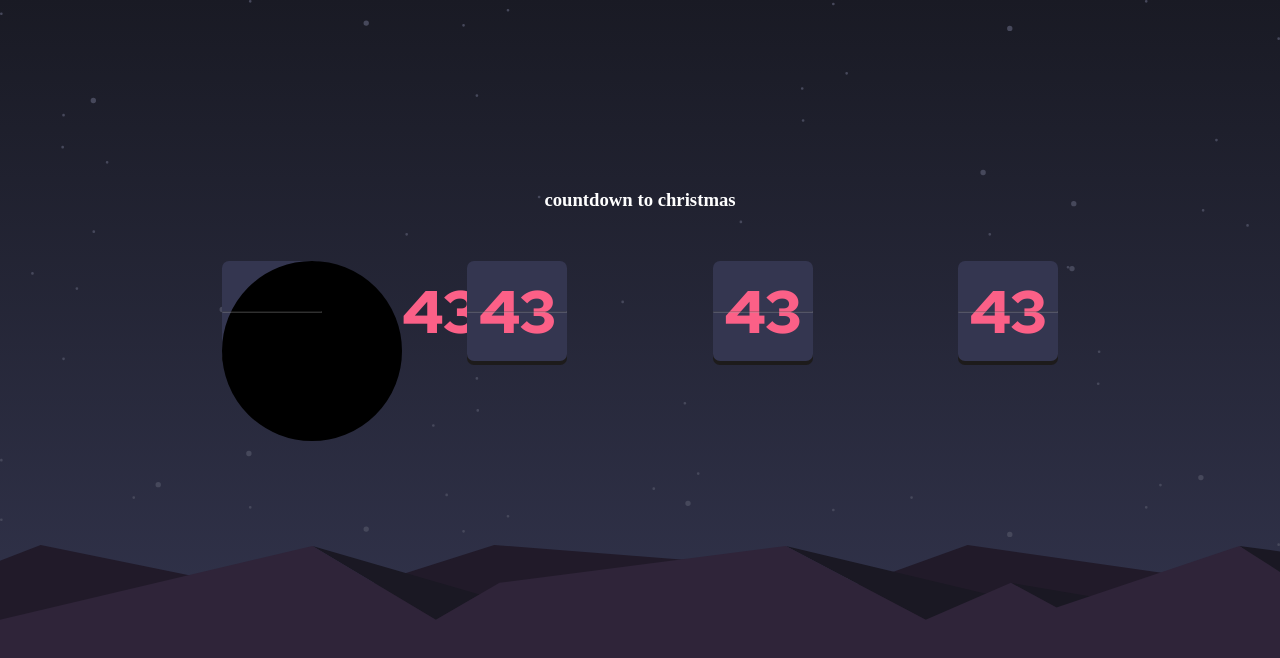
Repository: Eugene44-hub/countdown
Page: index.html
An editor plug-in stored every save of this project. The page is shown before and after the next save, followed by the edit.
The browser window is 1280 px wide. The pictures show the whole page.

Above is the page before, as saved 2021-09-12 03:44:13.

### index.html
<!DOCTYPE html>
<html lang="en">

<head>
    <meta charset="UTF-8">
    <meta http-equiv="X-UA-Compatible" content="IE=edge">
    <meta name="viewport" content="width=device-width, initial-scale=1.0">
    <title>Document</title>
    <link rel="stylesheet" href="style.css">
</head>

<body>
    <div class="container">


        <div class="timer ">
            <h3 class="col10">countdown to christmas</h3>
            <div class="card">
                <div class="circle">f</div>
                <p>43</p>
                <hr> </div>
            <div class="card">
                <p>43</p>
                <hr>
            </div>
            <div class="card">
                <p>43</p>
                <hr>
            </div>
            <div class="card">
                <p>43</p>
                <hr>
            </div>

        </div>

    </div>
    <script src="app.js"></script>

</body>

</html>

</html>

### style.css
@import url('https://fonts.googleapis.com/css2?family=Red+Hat+Text:wght@700&display=swap');
* {
    padding: 0;
    margin: 0;
    box-sizing: border-box;
}

body {
    /* background-color: hsl(235, 16%, 14%); */
    /* background-color: hsl(234, 17%, 12%); */
    background-image: url('images/pattern-hills.svg'), url('images/bg-stars.svg'), linear-gradient( hsl(235, 18%, 12%), hsl(236, 21%, 26%));
    background-position: bottom, top;
    background-repeat: no-repeat, repeat;
    background-size: contain;
    background-attachment: fixed;
}

.container {
    display: flex;
    width: 100%;
    height: 500px;
    flex-wrap: wrap;
    text-align: center;
}

.col10 {
    flex: 100%;
    margin: auto;
}

h3 {
    color: white;
    padding: 50px;
    font-family: 'Red Text Hat';
}

.timer {
    margin: auto;
    display: flex;
    flex-wrap: wrap;
    justify-content: space-between;
    padding: 30px;
    width: 70%;
}

.card {
    background-color: hsl(236, 21%, 26%);
    width: 100px;
    height: 100px;
    position: relative;
    /* overflow: hidden; */
    box-shadow: 0px 4px rgb(29, 27, 27);
    border-radius: 7px;
    display: flex;
}

p {
    font-size: 60px;
    font-family: 'Red Hat Text';
    color: hsl(345, 95%, 68%);
    margin: auto;
}

.circle {
    height: 40px;
    width: 40px;
    border-width: 90px;
    border-radius: 50%;
    border-color: black;
    border-style: solid;
}

hr {
    position: absolute;
    width: 100%;
    top: 50%;
    left: 0%;
    border-color: rgb(158, 158, 158);
    opacity: 0.3;
}


/* timer color  hsl(345, 95%, 68%)
timer card color hsl(237, 18%, 59%)
* /

### app.js
const proposed = new Date('2021-12-25');
const current = new Date();

const proArr = [proposed.getHours(), proposed.getMinutes(), proposed.getSeconds(), proposed.getDay(), proposed.getMonth()]
console.log('proposed days:' + (((proArr.at(-1) * 31) - 7) + proposed.getDate()));
console.log('current days:' + (((current.getMonth() * 31) - 5) + current.getDate()));

console.log((((proArr.at(-1) * 31) - 7) + proposed.getDate()) - (((current.getMonth() * 31) - 5) + current.getDate()) + 'days to christmas');

console.log('hours:' + (24 - current.getHours()));
console.log('minutes:' + (60 - current.getMinutes()));
console.log('hours:' + (60 - current.getSeconds()));

// let cal = proposed. - current;
// console.log(proposed);
// console.log(current.getDate());
// console.log(proArr.at(-1) + 1);
// let another = new Date(cal);
// console.log(another)
//359-253 propsed day - current day(mth*31-7) for september minus 6

After the next save:
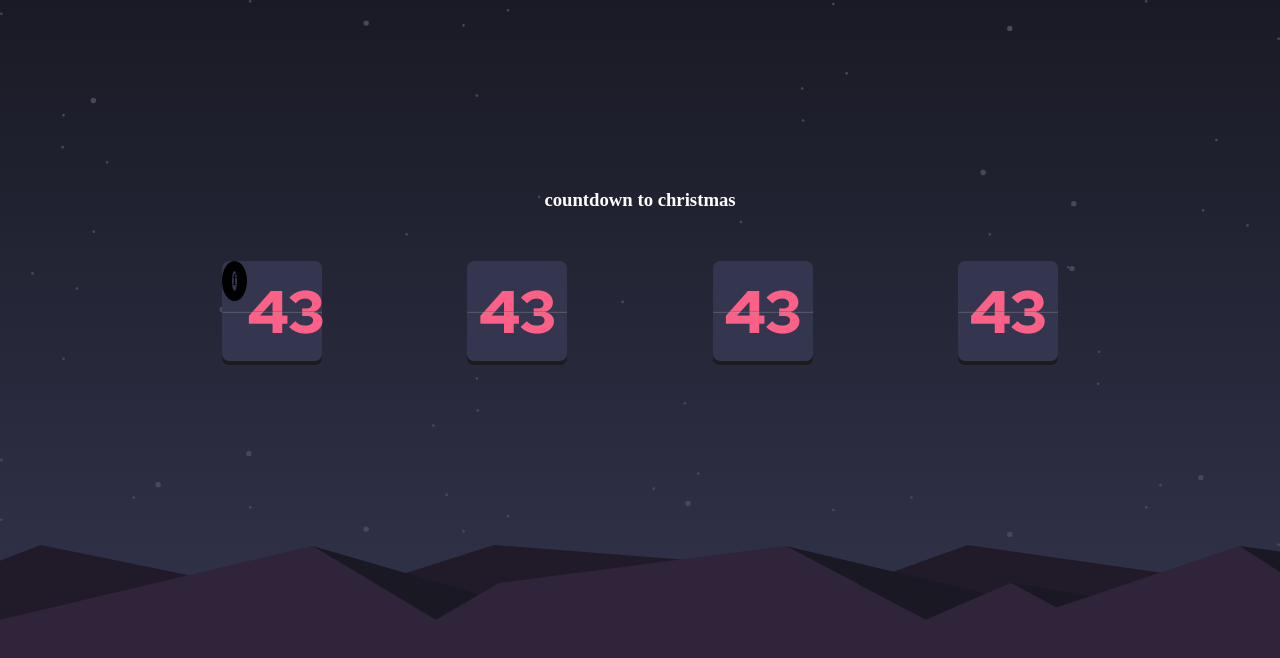
Saved 11 s later.
--- a/style.css
+++ b/style.css
@@ -64,7 +64,7 @@ p {
 .circle {
     height: 40px;
     width: 40px;
-    border-width: 90px;
+    border-width: 10px;
     border-radius: 50%;
     border-color: black;
     border-style: solid;
